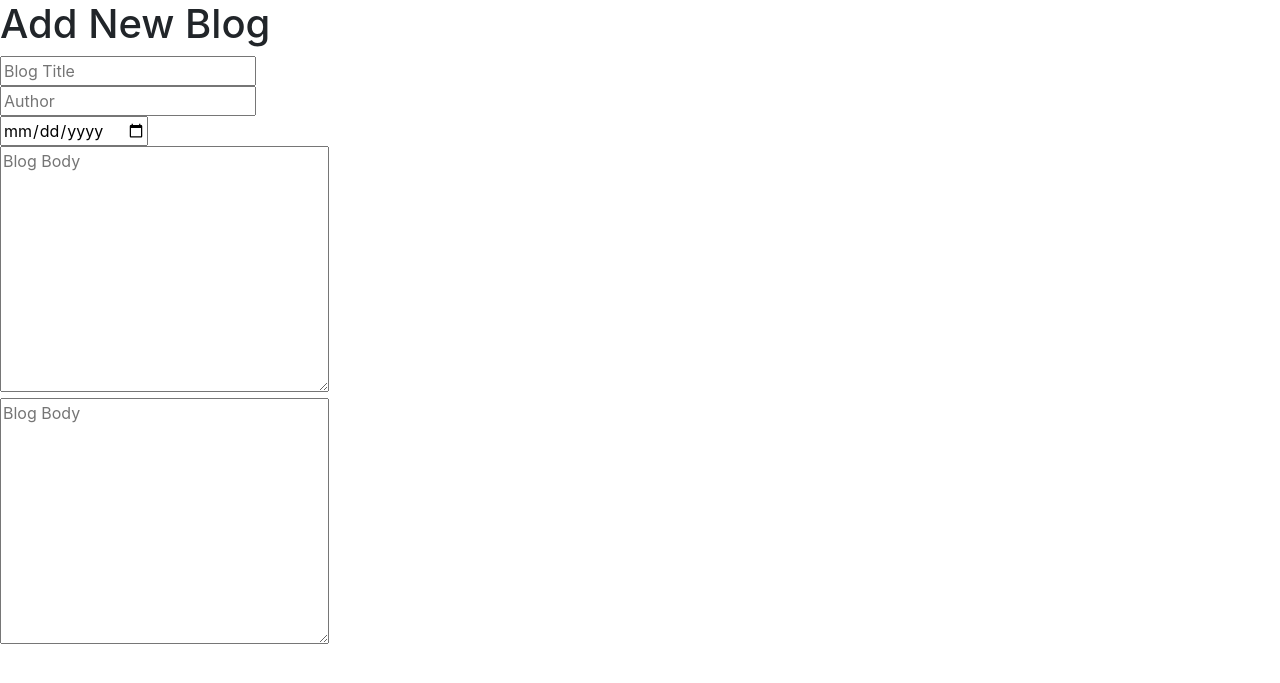
Repository: just-mann/just-blog
Page: http://localhost/add-blog
An editor plug-in stored every save of this project. The page is shown before and after the next save, followed by the edit.
The browser window is 1280 px wide. The pictures show the whole page.
The page is served by the project's Node server (index.js).

Above is the page before, as saved 2022-01-29 12:10:16.

### views/add-blog.ejs
<!doctype html>
<html lang="en">
  <head>
    <title>Add New Blog</title>
    <!-- Required meta tags -->
    <meta charset="utf-8">
    <meta name="viewport" content="width=device-width, initial-scale=1, shrink-to-fit=no">

    <!-- Bootstrap CSS -->
    <link rel="stylesheet" href="https://stackpath.bootstrapcdn.com/bootstrap/4.3.1/css/bootstrap.min.css" integrity="sha384-ggOyR0iXCbMQv3Xipma34MD+dH/1fQ784/j6cY/iJTQUOhcWr7x9JvoRxT2MZw1T" crossorigin="anonymous">
  </head>
  <body>
    <div>
      <h1>Add New Blog</h1>
      <form action="/add-new-blog" method="POST">
        <div class="titleDiv">
          <input type="text" name="title" class="blog-title" placeholder="Blog Title">
        </div>
        <div class="authorDiv">
          <input type="text" name="title" class="blog-author" placeholder="Author">
        </div>
        <div class="dateDiv">
          <input type="date" name="date" class="blog-date">
        </div>
        <div class="snippetDiv">
          <textarea name="blog-snippet" id="blog-snippet" cols="30" rows="10" class="blog-snippet" placeholder="Blog Body"></textarea>
        </div>
        <div>
          <textarea name="blog-body" id="blog-body" cols="30" rows="10" class="blog-body" placeholder="Blog Body"></textarea>
        </div>
      </form>
    </div>

    <!-- Optional JavaScript -->
    <!-- jQuery first, then Popper.js, then Bootstrap JS -->
    <script src="https://code.jquery.com/jquery-3.3.1.slim.min.js" integrity="sha384-q8i/X+965DzO0rT7abK41JStQIAqVgRVzpbzo5smXKp4YfRvH+8abtTE1Pi6jizo" crossorigin="anonymous"></script>
    <script src="https://cdnjs.cloudflare.com/ajax/libs/popper.js/1.14.7/umd/popper.min.js" integrity="sha384-UO2eT0CpHqdSJQ6hJty5KVphtPhzWj9WO1clHTMGa3JDZwrnQq4sF86dIHNDz0W1" crossorigin="anonymous"></script>
    <script src="https://stackpath.bootstrapcdn.com/bootstrap/4.3.1/js/bootstrap.min.js" integrity="sha384-JjSmVgyd0p3pXB1rRibZUAYoIIy6OrQ6VrjIEaFf/nJGzIxFDsf4x0xIM+B07jRM" crossorigin="anonymous"></script>
  </body>
</html>

### index.js
const express = require('express');
const cors = require('cors');
const bodyParser = require('body-parser');


const app = express();

// BodyParser to tidy up the input from the form
app.use(bodyParser.urlencoded({ extended: true }));

// Setting the view engine
app.set('view engine', 'ejs');




// Get all the blogs from the database
app.get('/api/blogs', cors(), (req, res) => {
    res.send('Server is running.');
})

// Render the form that let's you add a new blog
app.get('/add-blog', (req, res) => {
    res.render('add-blog');
})


// Add new blog to the database
app.post('/add-new-blog', (req, res) => {

})







const PORT = process.env.PORT || 5000;
app.listen(PORT, () => console.log(`Server is running on port ${PORT}`))

After the next save:
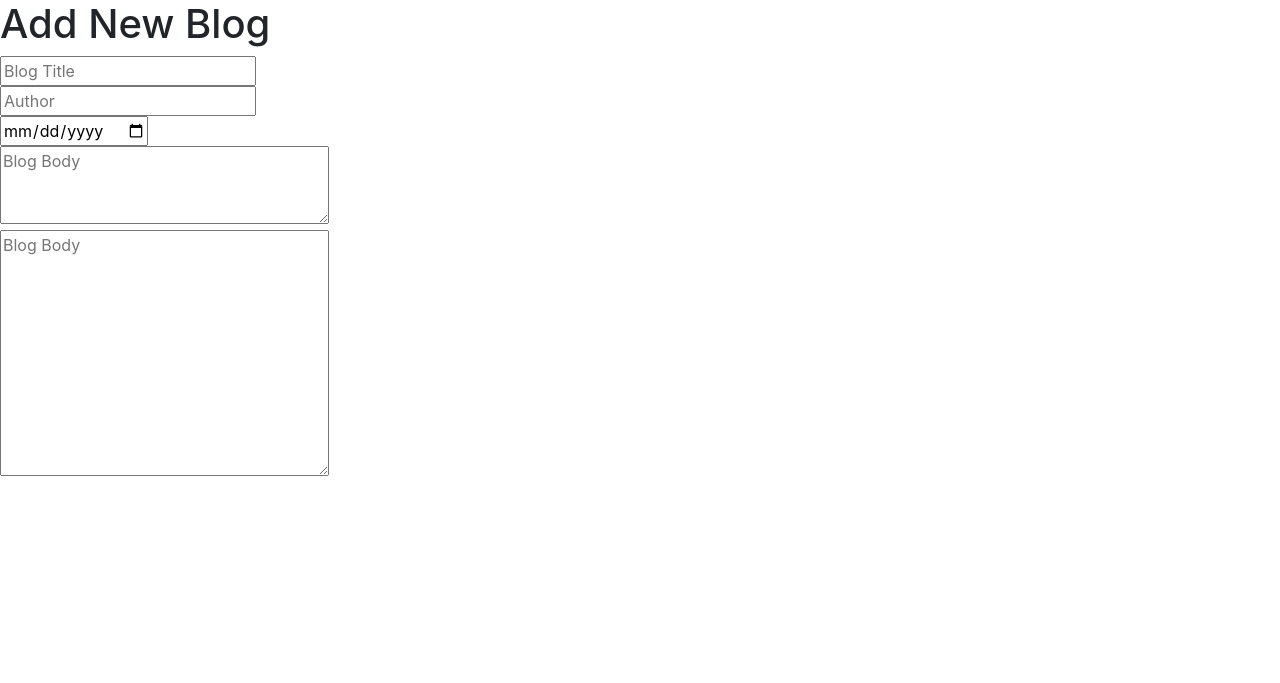
Saved 9 s later.
--- a/views/add-blog.ejs
+++ b/views/add-blog.ejs
@@ -23,7 +23,7 @@
           <input type="date" name="date" class="blog-date">
         </div>
         <div class="snippetDiv">
-          <textarea name="blog-snippet" id="blog-snippet" cols="30" rows="10" class="blog-snippet" placeholder="Blog Body"></textarea>
+          <textarea name="blog-snippet" id="blog-snippet" cols="30" rows="3" class="blog-snippet" placeholder="Blog Body"></textarea>
         </div>
         <div>
           <textarea name="blog-body" id="blog-body" cols="30" rows="10" class="blog-body" placeholder="Blog Body"></textarea>
